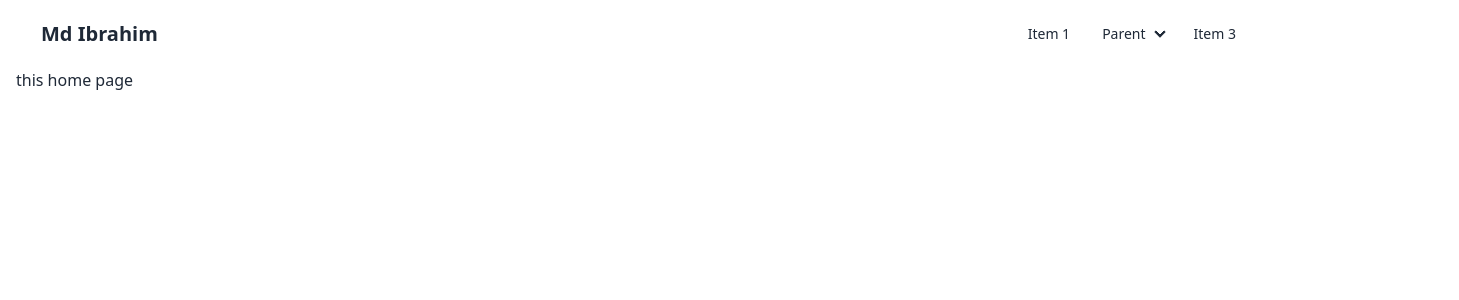
Repository: mdrubel02/portfilo
Page: /
The author's editor kept a copy of each file at every save. The page is drawn from the files as they stood at one save, then again after the next save.
The browser window is 1280 px wide. The page is 1459 px wide, then 1280 px, then 1459 px, so the pictures cover 1459 px, including what lies to the right of the window. The pictures show the whole page.
The project was rebuilt for these pictures with package versions that can differ from the ones it lists, and the page was loaded fresh each time. Also part of the build but not shown: vite.config.js.

Above is the page before, as saved 2023-06-22 19:28:08.

### src/main.jsx
import React from 'react'
import ReactDOM from 'react-dom/client'
import './index.css'
import {RouterProvider} from 'react-router-dom'
import router from './Layout/routes'



ReactDOM.createRoot(document.getElementById('root')).render(
  <React.StrictMode>
    <RouterProvider  router={router}/>
  </React.StrictMode>,
)

### src/Layout/routes.jsx
import { createBrowserRouter } from "react-router-dom";
import Main from "./Main";
import Home from "../Pages/Home/Home";


const router = createBrowserRouter([
  {
    path: "/",
    element: <Main />,
    children: [
      { path: '/', element: <Home /> },
      { path: '/home', element: <Home /> }
    ]
  }
]);

export default router;

### src/Layout/Main.jsx
import React from 'react';
import Navbar from '../Shared/Navbar/Navbar';
import { Outlet } from 'react-router-dom';

const Main = () => {
    return (
        <div className='mx-auto px-4'>
            <Navbar />
            <Outlet />
        </div>
    );
};

export default Main;

### src/Pages/Home/Home.jsx
import React from 'react';

const Home = () => {
    return (
        <div>
            <h1>this home page</h1>
        </div>
    );
};

export default Home;

### src/Shared/Navbar/Navbar.jsx
import React from 'react';

const Navbar = () => {
    return (
        <div className="navbar bg-base-100 container ">
            <div className="navbar-start">
                <a className="btn btn-ghost normal-case text-xl">Md Ibrahim</a>
            </div>
            <div className="navbar-end hidden lg:flex">
                <ul className="menu menu-horizontal px-1">
                    <li><a>Item 1</a></li>
                    <li tabIndex={0}>
                        <details>
                            <summary>Parent</summary>
                            <ul className="p-2">
                                <li><a>Submenu 1</a></li>
                                <li><a>Submenu 2</a></li>
                            </ul>
                        </details>
                    </li>
                    <li><a>Item 3</a></li>
                </ul>
                <div className="dropdown">
                    <label tabIndex={0} className="btn btn-ghost lg:hidden">
                        <svg xmlns="http://www.w3.org/2000/svg" className="h-5 w-5" fill="none" viewBox="0 0 24 24" stroke="currentColor"><path strokeLinecap="round" strokeLinejoin="round" strokeWidth="2" d="M4 6h16M4 12h8m-8 6h16" /></svg>
                    </label>
                    <ul tabIndex={0} className="menu menu-sm dropdown-content mt-3 z-[1] p-2 shadow bg-base-100 rounded-box w-52">
                        <li><a>Item 1</a></li>
                        <li>
                            <a>Parent</a>
                            <ul className="p-2">
                                <li><a>Submenu 1</a></li>
                                <li><a>Submenu 2</a></li>
                            </ul>
                        </li>
                        <li><a>Item 3</a></li>
                    </ul>
                </div>
            </div>

        </div>
    );
};

export default Navbar;

Loaded but not shown: index.html (common file); src/index.css (common file); tailwind.config.js (common file)

After the next save:
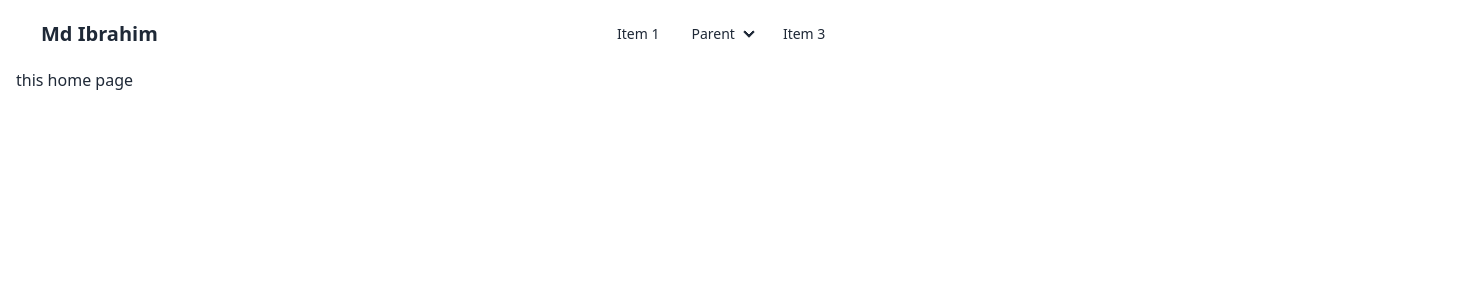
Saved 61 s later.
--- a/src/Shared/Navbar/Navbar.jsx
+++ b/src/Shared/Navbar/Navbar.jsx
@@ -20,7 +20,8 @@
                     </li>
                     <li><a>Item 3</a></li>
                 </ul>
-                <div className="dropdown">
+            </div>
+            <div className="dropdown navbar-end">
                     <label tabIndex={0} className="btn btn-ghost lg:hidden">
                         <svg xmlns="http://www.w3.org/2000/svg" className="h-5 w-5" fill="none" viewBox="0 0 24 24" stroke="currentColor"><path strokeLinecap="round" strokeLinejoin="round" strokeWidth="2" d="M4 6h16M4 12h8m-8 6h16" /></svg>
                     </label>
@@ -36,7 +37,6 @@
                         <li><a>Item 3</a></li>
                     </ul>
                 </div>
-            </div>
 
         </div>
     );

After the save that followed:
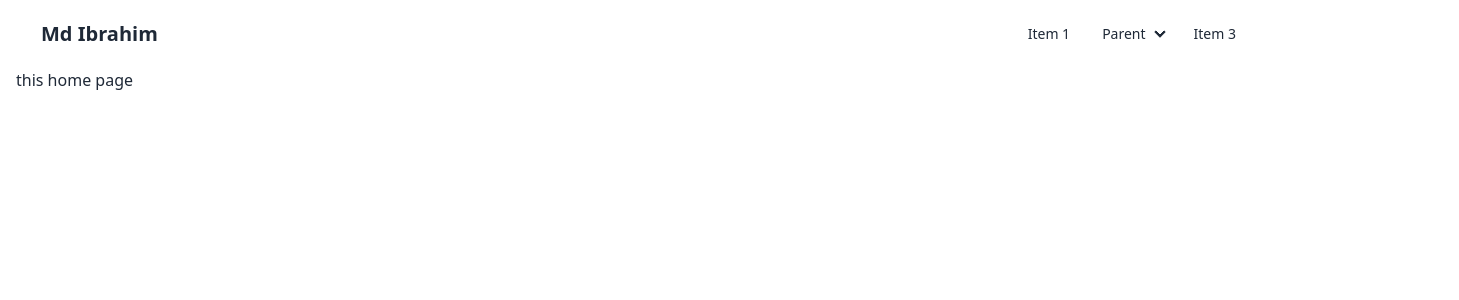
Saved 16 s later.
--- a/src/Shared/Navbar/Navbar.jsx
+++ b/src/Shared/Navbar/Navbar.jsx
@@ -21,7 +21,7 @@
                     <li><a>Item 3</a></li>
                 </ul>
             </div>
-            <div className="dropdown navbar-end">
+            <div className="dropdown ">
                     <label tabIndex={0} className="btn btn-ghost lg:hidden">
                         <svg xmlns="http://www.w3.org/2000/svg" className="h-5 w-5" fill="none" viewBox="0 0 24 24" stroke="currentColor"><path strokeLinecap="round" strokeLinejoin="round" strokeWidth="2" d="M4 6h16M4 12h8m-8 6h16" /></svg>
                     </label>
